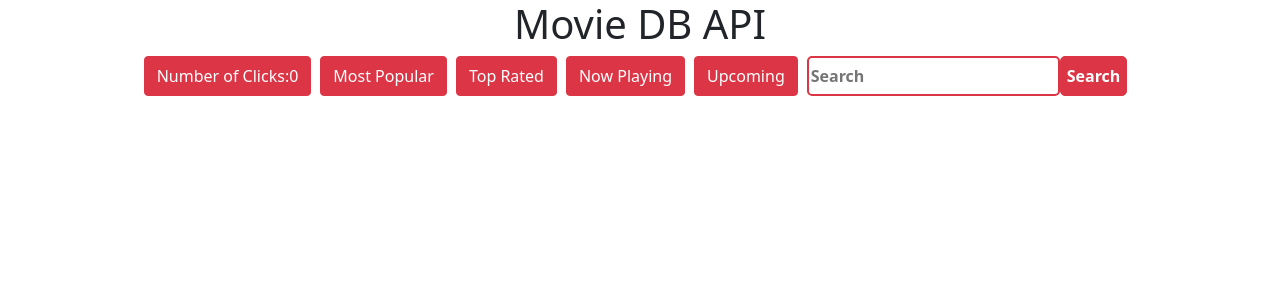
Repository: chaampavictor/moviedbapi
Page: /
The author's editor kept a copy of each file at every save. The page is drawn from the files as they stood at one save, then again after the next save.
The browser window is 1280 px wide. The pictures show the whole page.
The page's requests for data from a server got no answer. The project was rebuilt for these pictures with package versions that can differ from the ones it lists, and the page was loaded fresh each time. No one was signed in, and anything a server would have sent is missing. Also part of the build but not shown: src/components/details.js.

Above is the page before, as saved 2022-01-13 20:52:39.

### src/App.js
import React, { useEffect, useState } from "react";
import axios from "axios";
import "./App.css";
import "bootstrap/dist/css/bootstrap.min.css";
import Modal from "react-bootstrap/Modal";
import Container from "react-bootstrap/Container";
import Row from "react-bootstrap/Row";
import Col from "react-bootstrap/Col";
import Button from "react-bootstrap/Button";
import Searchform from "./components/searchform.js";
import Details from "./components/details";
import { useCallback } from "react";
const api_key = "872c70d736d1ef4484522f734137927d";
const BASE_URL = "https://api.themoviedb.org/3";
const getImage = (path) => `https://image.tmdb.org/t/p/w300/${path}`;

function App() {
  const [data, setData] = useState([]);
  const [details, setDetails] = useState([]);
  const [show, setShow] = useState(false);
  const [count, setCount] = useState(0);
  const handleClose = () => setShow(false);

  const api = axios.create({ baseURL: BASE_URL });

  const getUpcoming = api.get("/movie/popular", { params: { api_key } });

  useEffect(() => {
    getUpcoming.then((res) => {
      setData(res.data.results);
    });
  }, []);

  const GetMostPopular = () => {
    setCount(count + 1);

    const toprated = api.get("/movie/popular", { params: { api_key } });
    toprated.then((res) => {
      console.log("get popular", res.data.results);
      setData(res.data.results);
    });
  };

  const GetTopRated = (res) => {
    setCount(count + 1);

    const toprated = api.get("/movie/top_rated", { params: { api_key } });
    toprated.then((res) => {
      console.log("get top rated", res.data.results);
      setData(res.data.results);
    });
  };

  const GetList = () => {
    setCount(count + 1);
    const name = "now_playing";
    const latest = api.get(`movie/${name}`, { params: { api_key } });
    latest.then((res) => {
      console.log("now_playing movies", res.data);
      setData(res.data.results);
    });
  };

  const GetUpcoming = () => {
    setCount(count + 1);

    const latest = api.get("movie/upcoming", { params: { api_key } });
    latest.then((res) => {
      console.log("latest movies", res.data);
      setData(res.data.results);
    });
  };

  const searchMovie = (name) => {
    setCount(count + 1);

    console.log(name);
    const query = name;
    const latest = api.get("search/movie", { params: { api_key, query } });
    latest.then((res) => {
      setData(res.data.results);
    });
  };

  return (
    <div className="App">
      <h1 style={{ textAlign: "center" }}>Movie DB API</h1>
      <header>
        <div
          style={{
            display: "flex",
            justifyContent: "center",
            alignItems: "center",
            marginBottom: "12px",
          }}
        >
          <Button variant="danger" className="filterbutton">
            Number of Clicks:{count}
          </Button>
          <Button
            variant="danger"
            className="filterbutton"
            onClick={GetMostPopular}
          >
            Most Popular
          </Button>
          <Button
            variant="danger"
            className="filterbutton"
            onClick={GetTopRated}
          >
            Top Rated
          </Button>
          <Button variant="danger" className="filterbutton" onClick={GetList}>
            {" "}
            Now Playing
          </Button>
          <Button
            variant="danger"
            className="filterbutton"
            onClick={GetUpcoming}
          >
            {" "}
            Upcoming
          </Button>

          <Searchform handleSubmit={searchMovie} />
        </div>
        <Modal
          dialogClassName="modal-90w"
          aria-labelledby="example-custom-modal-styling-title"
          centered
          show={show}
          onHide={handleClose}
          animation={true}
        >
          <Details data={details} />
          {/* <Row>
            <Col>
              <img
                src={getImage(details.poster_path)}
                alt="Nature"
                style={{ width: "100%", height: "466px" }}
              />
            </Col>
          </Row>
          <Container>
            <Row>
              <Col>
                <h4>{details.original_title}</h4>
                <p> release date: {details.release_date}</p>
                <p> popularity: {details.popularity}</p>

                <p> {details.overview}</p>
              </Col>
            </Row>
          </Container> */}
        </Modal>
        <div
          className="explore-card-columns  container-fluid"
          style={{ marginBottom: "100px" }}
        >
          {data.map((movie) => (
            <div className="item">
              <div class="hover01 column">
                <div>
                  <figure>
                    <img
                      onClick={() => {
                        setShow(true);
                        setDetails(movie);
                        setCount(count + 1);
                      }}
                      src={getImage(movie.poster_path)}
                      alt="poster"
                      className="image-item"
                    />
                  </figure>
                </div>
              </div>
            </div>
          ))}
        </div>
      </header>
    </div>
  );
}

export default App;

### src/App.css
.explore-nav {
  padding-top: 30px;
}

.item {
  margin-bottom: 15px;
}

.image-item:hover {
  opacity: 0.5;
}

.container {
  position: relative;
  width: 50%;
}

.modalcontainer {
  background-color: red;
  position: relative;
  font-family: Arial;
}

.submitbutton {
  height: 40px;
  margin-right: 9px;
  background: #dc3545;
  border: #dc3545 1px solid;
  border-radius: 5px;
  color: white;
  font-weight: bolder;
}

.searchbutton {
  border: 2px solid #dc3545;

  height: 40px;
  /* margin-right: 9px; */

  border-radius: 5px;

  font-weight: bolder;
}

.text-block {
  position: absolute;
  bottom: 260px;
  height: 210px;
  /* right: 150px; */
  /* background-color: #000000db; */
  color: white;
  padding-left: 20px;
  padding-right: 20px;
}

.image-item {
  opacity: 1;
  display: block;
  width: 100%;
  height: auto;
  transition: 0.5s ease;
  backface-visibility: hidden;
  border-radius: 52px;
  cursor: pointer;
}

.container:hover .image {
  opacity: 0.3;
}

.container:hover .middle {
  opacity: 1;
}

.text {
  background-color: red;
  color: white;
  font-size: 16px;
  padding: 16px 32px;
}

.modal-header {
  display: flex;
  flex-shrink: 0;
  align-items: center;
  justify-content: space-between;
  padding: 1rem 1rem;
  border-bottom: none !important;
  border-top-left-radius: calc(0.3rem - 1px);
  border-top-right-radius: calc(0.3rem - 1px);
}

.filterbutton {
  height: 40px;
  margin-right: 9px;
  background: red;
  border: red 1px solid;
  border-radius: 5px;
  color: white;
  font-weight: bolder;
}

.figure {
  width: 200px;
  height: 150px;
  margin: 0;
  padding: 0;
  background: #fff;
  overflow: hidden;
}
.figure:hover + span {
  bottom: -36px;
  opacity: 1;
}

/* Zoom In #1 */
.hover01 figure img {
  -webkit-transform: scale(0.9);
  transform: scale(1);
  -webkit-transition: 0.3s ease-in-out;
  transition: 0.3s ease-in-out;
}
.hover01 figure:hover img {
  -webkit-transform: scale(1);
  transform: scale(1.04);
}

.explore-body .card-body:hover {
  /* color: #30adb4; */
  background: "#32c709";
}

.card {
  border: 0px solid rgba(0, 0, 0, 0.125) !important;
}

.user-reaction div {
  padding-right: 20px;
}

.explore-card-columns .card {
  margin-bottom: 0.79rem;
}
@media screen and (min-width: 992px) {
  .explore-card-columns {
    -webkit-column-count: 4;
    -moz-column-count: 4;
    column-count: 4;
    -webkit-column-gap: 1.25rem;
    -moz-column-gap: 1.25rem;
    column-gap: 1.25rem;
  }
  .explore-card-columns .card {
    display: inline-block;
    width: 100%;
  }
}
@media screen and (max-width: 992px) {
  .explore-card-columns {
    -webkit-column-count: 2;
    -moz-column-count: 2;
    column-count: 2;
  }
}
@media screen and (max-width: 600px) {
  .explore-card-columns {
    -webkit-column-count: 1;
    -moz-column-count: 1;
    column-count: 1;
  }
}

### src/components/searchform.js
import React from "react";

import { useCallback, useState } from "react";

export default function Searchform({ handleSubmit, data }) {
  const [name, setName] = useState("");

  return (
    <div>
      <label>
        <input
          type="text"
          value={name}
          onChange={(e) => setName(e.target.value)}
          placeholder="Search "
          className="searchbutton"
        />
      </label>
      <input
        onClick={() => handleSubmit(name)}
        type="submit"
        value="Search"
        className="submitbutton"
      />
    </div>
  );
}

### src/components/filterbutton.js
import React from "react";

import { useCallback, useState } from "react";

export default function Filterbutton({ handleSubmit }) {
  return (
    <div>
      <h1>hjk</h1>
    </div>
  );
}

Loaded but not shown: public/index.html (common file); src/index.js (common file); src/index.css (common file); src/reportWebVitals.js (common file)

After the next save:
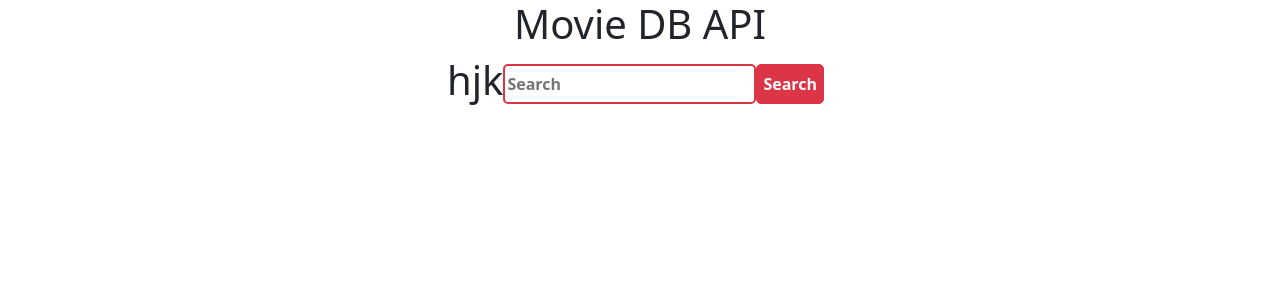
Saved 46 s later.
--- a/src/App.js
+++ b/src/App.js
@@ -3,11 +3,11 @@ import axios from "axios";
 import "./App.css";
 import "bootstrap/dist/css/bootstrap.min.css";
 import Modal from "react-bootstrap/Modal";
-import Container from "react-bootstrap/Container";
-import Row from "react-bootstrap/Row";
-import Col from "react-bootstrap/Col";
+
 import Button from "react-bootstrap/Button";
 import Searchform from "./components/searchform.js";
+import Filterbutton from "./components/filterbutton";
+
 import Details from "./components/details";
 import { useCallback } from "react";
 const api_key = "872c70d736d1ef4484522f734137927d";
@@ -94,7 +94,7 @@ function App() {
             marginBottom: "12px",
           }}
         >
-          <Button variant="danger" className="filterbutton">
+          {/* <Button variant="danger" className="filterbutton">
             Number of Clicks:{count}
           </Button>
           <Button
@@ -122,7 +122,9 @@ function App() {
           >
             {" "}
             Upcoming
-          </Button>
+          </Button> */}
+
+          <Filterbutton />
 
           <Searchform handleSubmit={searchMovie} />
         </div>
@@ -135,26 +137,6 @@ function App() {
           animation={true}
         >
           <Details data={details} />
-          {/* <Row>
-            <Col>
-              <img
-                src={getImage(details.poster_path)}
-                alt="Nature"
-                style={{ width: "100%", height: "466px" }}
-              />
-            </Col>
-          </Row>
-          <Container>
-            <Row>
-              <Col>
-                <h4>{details.original_title}</h4>
-                <p> release date: {details.release_date}</p>
-                <p> popularity: {details.popularity}</p>
-
-                <p> {details.overview}</p>
-              </Col>
-            </Row>
-          </Container> */}
         </Modal>
         <div
           className="explore-card-columns  container-fluid"
